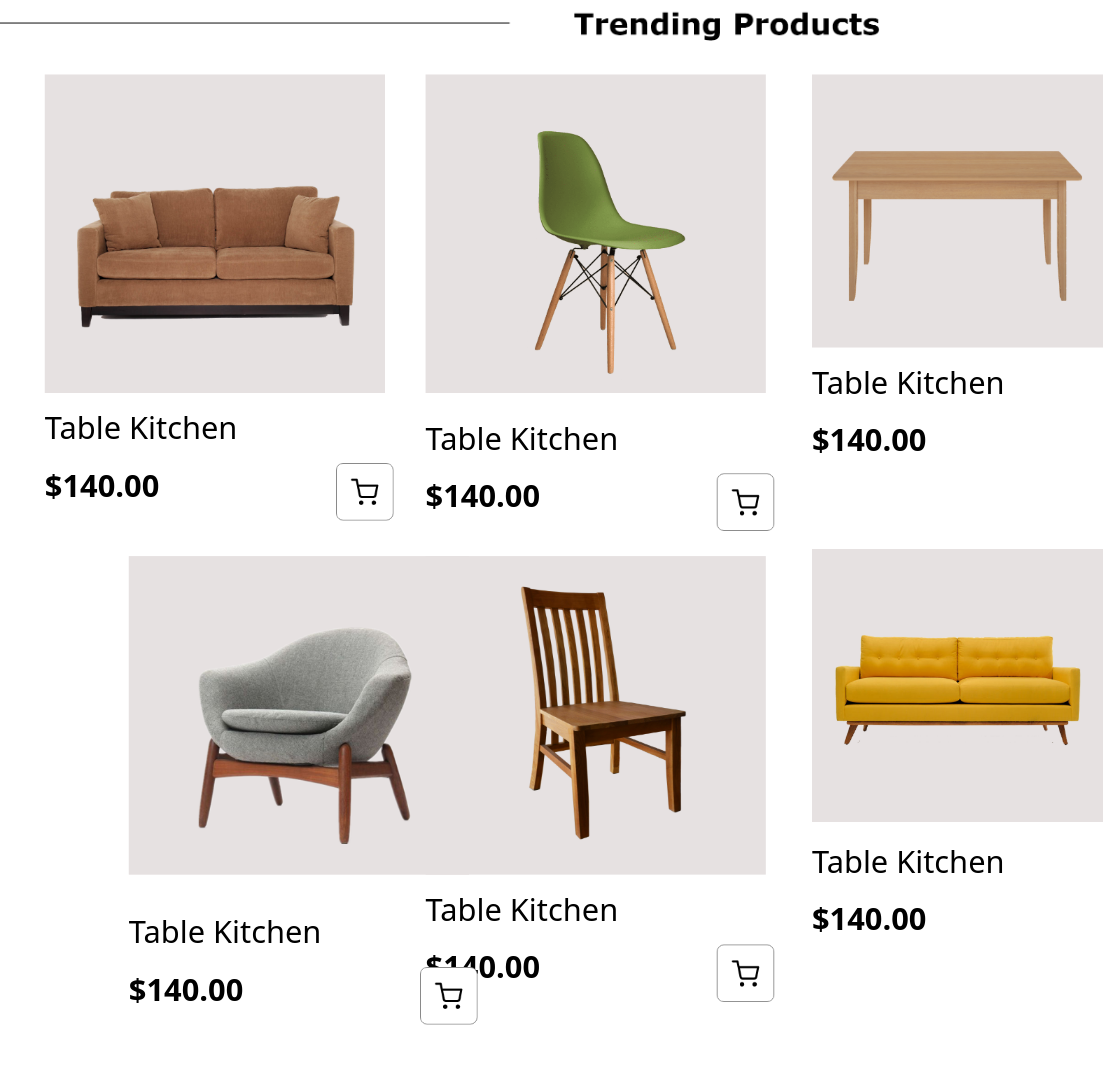
Repository: MEROO1010/creative_home
Page: /
An editor plug-in stored every save of this project. The page is shown before and after the next save, followed by the edit.
The browser window is 1280 px wide. The page is 1576 px wide, so the pictures cover 1576 px, including what lies to the right of the window. The pictures show the part of the page from y = 2918 to 4478 px (the page is 4478 px tall), at 70% of full size.
The project was rebuilt for these pictures with package versions that can differ from the ones it lists, and the page was loaded fresh each time. The framework's server and built-in components were replaced by stand-ins that run in the browser. Also part of the build but not shown: next.config.js.

Above is the page before, as saved 2022-12-14 10:18:28.

### pages/_app.tsx
import '../styles/globals.css'
import type { AppProps } from 'next/app'

export default function App({ Component, pageProps }: AppProps) {
  return <Component {...pageProps} />


}

### pages/index.tsx
import styles from '../styles/Home.module.css'
import Firstsection from '../components/Firstsection'
import Chair_Sofa from '../components/Chair_Sofa'
import SpecialOffer from '../components/SpecialOffer'
import TrendingProducts from '../components/TrendingProducts'



export default function Home() {
  return (
    <div className='overflow-y-auto'>

    <div>
      <Firstsection/>

      <Chair_Sofa/>

      <SpecialOffer/>
      <TrendingProducts/>





    </div>



    </div>

  )
}

### styles/globals.css
@tailwind base;
@tailwind components;
@tailwind utilities;

@font-face {
    font-family: "verdana";
    src: url('../assets/fonts/verdana.ttf');
    font-weight: normal;
    font-style: normal;
  }

  @font-face {
    font-family: "schuyler";
    src: url('../assets/fonts/Schuyler.ttf');
    font-weight: normal;
    font-style: normal;
  }

### components/Firstsection.tsx
import React from 'react'
import Image from 'next/image'
import first_img from '../assets/images/first_img.png'


const firstsection = () => {
  return (
    <div>
      <Image src={first_img} alt={''}/>
    </div>
  )
}

export default firstsection

### components/Chair_Sofa.tsx
import React from 'react'
import Image from 'next/image'

import Title1 from '../assets/images/title1.png'
import righBtn from '../assets/images/btn-r.png'
import leftBtn from '../assets/images/btn-l.png'




const Chair_Sofa = () => {
  return (
    <div className='my-10  pb-32  static '>
     <div className='my-20 py-4'>
     <Image src={Title1} alt={''}/>
     </div>

     <div className=" absolute   	 right-10	     ">
      <Image src={righBtn} alt={''}/>
      <div className="absolute bottom-60   left-40 mx-10 my-28 bg-transparent hover:bg-gray-500 text-white  text-[32px] font-semibold hover:text-white py-2 px-4 border border-white hover:border-transparent rounded w-394 h-82   "><button>View All Products</button></div>
     </div>

     <div className=" absolute left-10  ">
      <Image src={leftBtn} alt={''}/>
      <div className="absolute bottom-60   left-20 mx-16 my-28 bg-transparent hover:bg-gray-500 text-white  text-[32px] font-semibold hover:text-white py-2 px-4 border border-white hover:border-transparent rounded w-394 h-82   "><button>View All Products</button></div>
     </div>

      <div>

      </div>

   </div>
  )
}

export default Chair_Sofa

### components/SpecialOffer.tsx
import React from 'react'
import Image from 'next/image'
import specialOffer from '../assets/images/specialOffer.png'
import sofa2 from '../assets/images/sofa2.png'
import image2 from '../assets/images/img2.png'




const SpecialOffer = () => {
  return (
    <div className='bottom-100'>
      <div className="relative bg-[#E6E1E1]  py-10    my-80  top-80    ">
        <div className=' py-4 my-4 top-20'>
          <Image src={specialOffer} alt=''/>

         </div>

         <div className='  absolute	left-80 ml-80 mt-20 pl-44  '>
          <Image src={sofa2} alt=''/>

         </div>

         <div className='static mt-40 pl-8	'>
          <Image src={image2} alt=''/>
          <button className=' relative bg-transparent hover:bg-red-500 text-[28px] text-red-700 font-semibold hover:text-white py-4 px-8 border border-red-500 hover:border-transparent rounded mx-40 my-50 bottom-40 w-80 h-20'>shop Now</button>
         </div>
    </div>
    </div>
  )
}

export default SpecialOffer

### components/TrendingProducts.tsx
import React from 'react'
import Image from 'next/image'
import Trending_Products from '../assets/images/trending-products.png'
import Shopping from  '../assets/images/shopping-btn.png'
import Tablekitchen from '../assets/images/Table_Kitchen.png'
import chair1 from '../assets/images/Chair No-arms.png'
import brownSofa from '../assets/images/Brown_Chouch.png'
import yellowsofa from '../assets/images/Yellow_Sofa.png'
import woodchair from '../assets/images/Wood_Chair.png'
import modrenchair from '../assets/images/Modern_Sofa.png'



const TrendingProducts = () => {
  return (
    <div>
     <div className='pt-24'>
        <Image src={Trending_Products} alt=''/>
     </div>

     <div >
      {/*table kitchen */}
     <div className=' absolute ml-80 mt-12 pl-80  left-80'>
       <div className='ml-36 pl-14'>
       <Image src={Tablekitchen} alt=''/>
       <h1 className='text-[44px]  mt-4  font-verdana'>Table Kitchen</h1>
       <h1 className='text-[44px]  mt-4  font-verdana font-bold'>$140.00</h1>
       <button className=' relative ml-80 my-4  pl-24 bottom-20 '><Image src={Shopping} alt=''/> </button>
       </div>
     </div>
       {/*chair noe arms */}
     <div className=' absolute ml-28 mt-12 pl-10  left-20'>
       <div className='ml-80 pl-14'>
       <Image src={chair1} alt=''/>
       <h1 className='text-[44px]  mt-4  font-verdana'>Table Kitchen</h1>
       <h1 className='text-[44px]  mt-4  font-verdana font-bold'>$140.00</h1>
       <button className=' relative ml-80 my-4  pl-24 bottom-20 '><Image src={Shopping} alt=''/> </button>
       </div>
     </div>

      {/*brown chouch */}
      <div className='absolute ml-4 mt-12 pl-2  left-70'>
       <div className='ml-10   '>
       <Image src={brownSofa} alt=''/>
       <h1 className='text-[44px]  mt-4  font-verdana'>Table Kitchen</h1>
       <h1 className='text-[44px]  mt-4  font-verdana font-bold'>$140.00</h1>
       <button className=' relative ml-80 my-4  pl-24 bottom-20 '><Image src={Shopping} alt=''/> </button>
       </div>
     </div>

     {/*yellow sofa */}
     <div className=' absolute ml-80 mt-60 pl-80 pt-40   left-80'>
       <div className='ml-36 pl-14 mt-80 '>
       <Image src={yellowsofa} alt=''/>
       <h1 className='text-[44px]  mt-4  font-verdana'>Table Kitchen</h1>
       <h1 className='text-[44px]  mt-4  font-verdana font-bold'>$140.00</h1>
       <button className=' relative ml-80 my-4  pl-24 bottom-20 '><Image src={Shopping} alt=''/> </button>
       </div>
     </div>

     {/*wood chair */}
     <div className=' absolute ml-28 mt-80 pl-10 pt-24  left-20'>
       <div className='ml-80 pl-14 pt-80 '>
       <Image src={woodchair} alt=''/>
       <h1 className='text-[44px]  mt-4  font-verdana'>Table Kitchen</h1>
       <h1 className='text-[44px]  mt-4  font-verdana font-bold'>$140.00</h1>
       <button className=' relative ml-80 my-4  pl-24 bottom-20 '><Image src={Shopping} alt=''/> </button>
       </div>
     </div>

       {/*modren chair */}
     <div className=' absolute ml-8 mt-80 pl-4 pt-24  left-10'>
       <div className='ml-20 pl-4 pt-80 '>
       <Image src={modrenchair} alt=''/>
       <h1 className='text-[44px]  mt-4  font-verdana'>Table Kitchen</h1>
       <h1 className='text-[44px]  mt-4  font-verdana font-bold'>$140.00</h1>
       <button className=' relative ml-80 my-4  pl-24 bottom-20 '><Image src={Shopping} alt=''/> </button>
       </div>


     </div>



     </div>
    </div>
  )
}

export default TrendingProducts

### tailwind.config.js
/** @type {import('tailwindcss').Config} */
module.exports = {
  content: [
    "./pages/**/*.{js,ts,jsx,tsx}",
    "./components/**/*.{js,ts,jsx,tsx}",
  ],
  theme: {

    extend: {
      fontFamily:{
        "verdana":['../assets/fonts/verdana.ttf'],
        "schuyler":['../assets/fonts/Schuyler.ttf']
      }
    },
  },
  plugins: [],
}

After the next save:
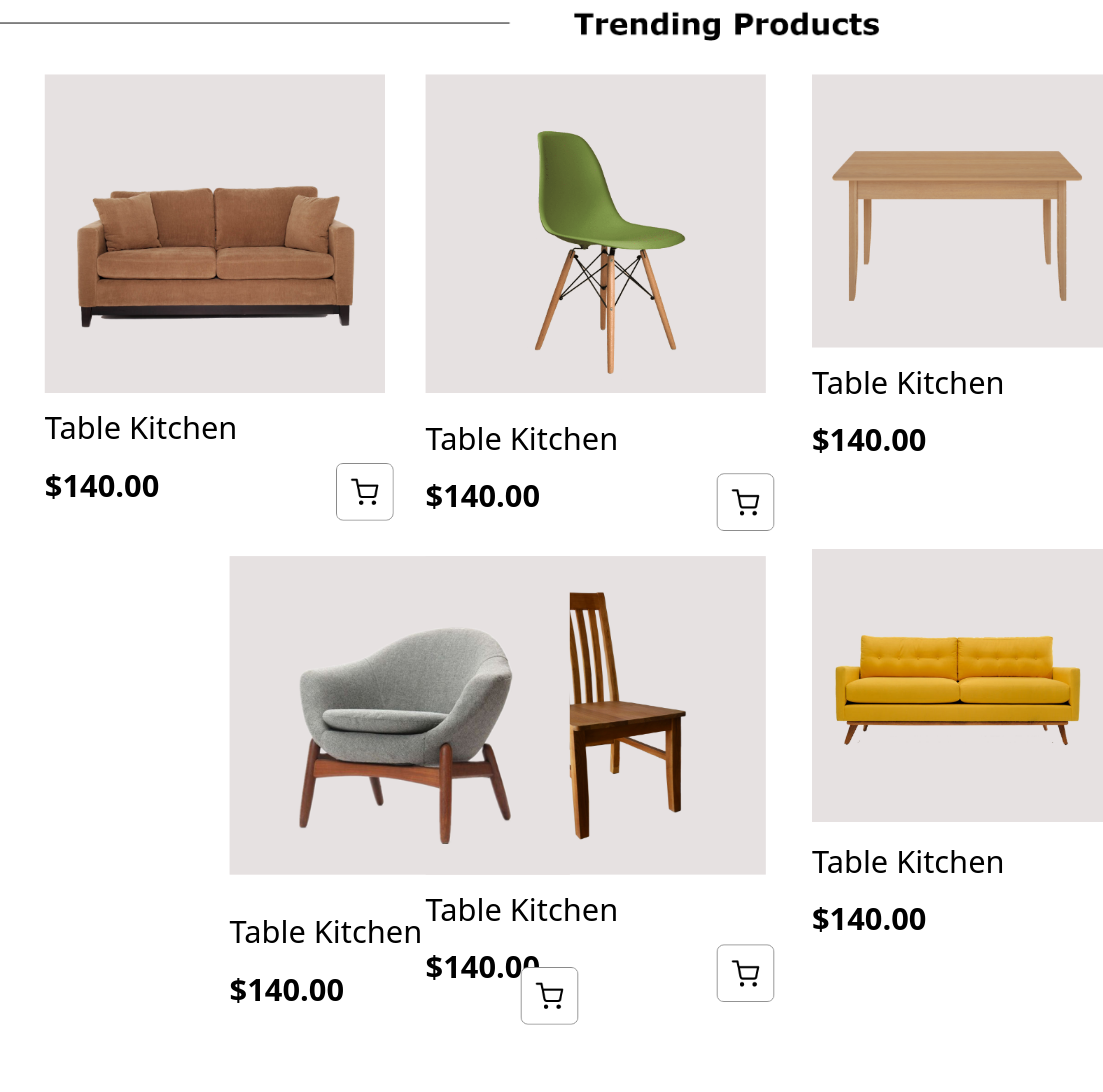
Saved 10 s later.
--- a/components/TrendingProducts.tsx
+++ b/components/TrendingProducts.tsx
@@ -70,7 +70,7 @@
 
        {/*modren chair */}
      <div className=' absolute ml-8 mt-80 pl-4 pt-24  left-10'>
-       <div className='ml-20 pl-4 pt-80 '>
+       <div className='ml-20 pl-40 pt-80 '>
        <Image src={modrenchair} alt=''/>
        <h1 className='text-[44px]  mt-4  font-verdana'>Table Kitchen</h1>
        <h1 className='text-[44px]  mt-4  font-verdana font-bold'>$140.00</h1>

After the save that followed:
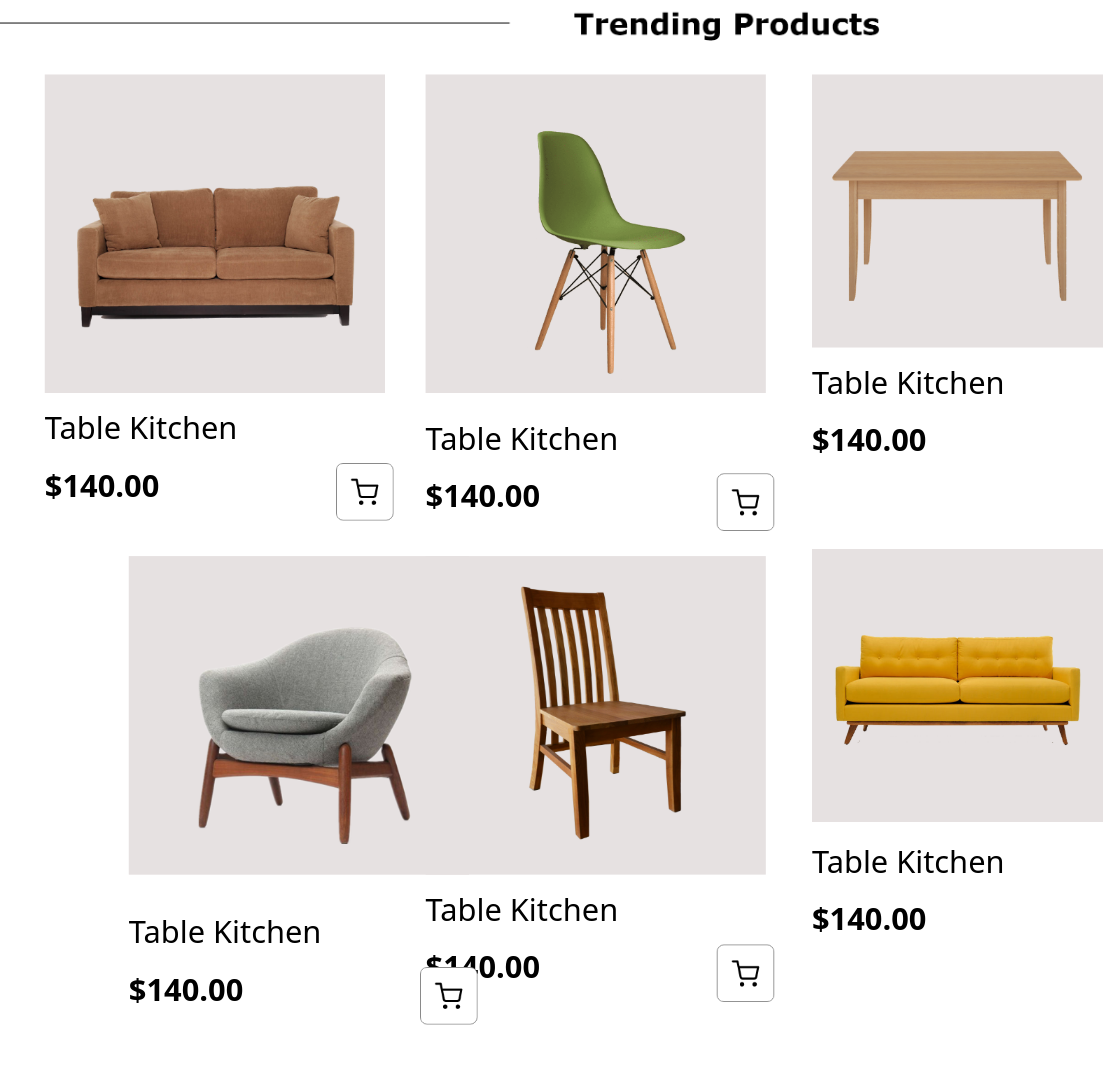
Saved 8 s later.
--- a/components/TrendingProducts.tsx
+++ b/components/TrendingProducts.tsx
@@ -70,7 +70,7 @@
 
        {/*modren chair */}
      <div className=' absolute ml-8 mt-80 pl-4 pt-24  left-10'>
-       <div className='ml-20 pl-40 pt-80 '>
+       <div className='ml-20 pl-4 pt-80 '>
        <Image src={modrenchair} alt=''/>
        <h1 className='text-[44px]  mt-4  font-verdana'>Table Kitchen</h1>
        <h1 className='text-[44px]  mt-4  font-verdana font-bold'>$140.00</h1>
